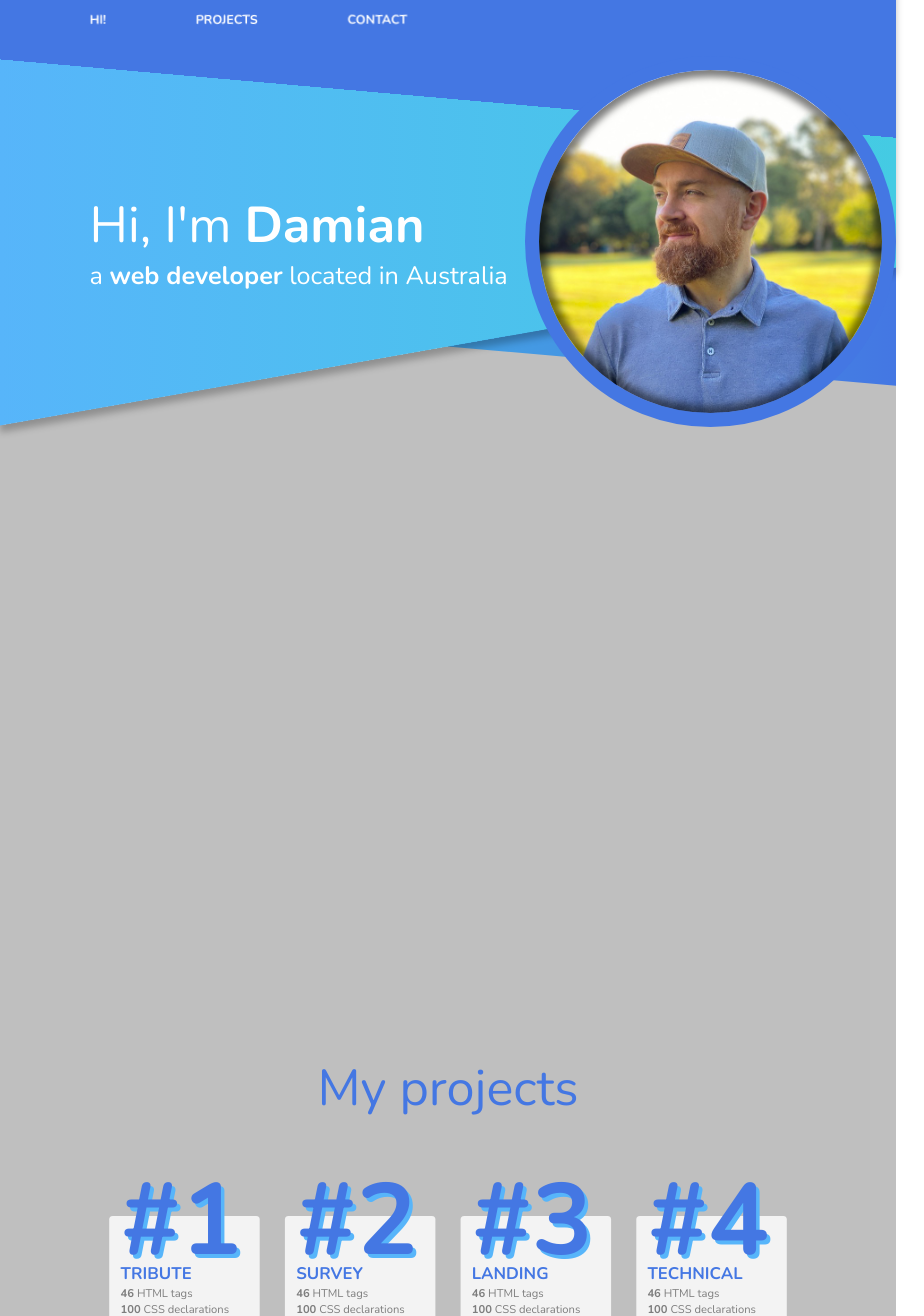
Repository: Colo-Codes/freecodecamp-05-Personal-Portfolio-Webpage
Page: index.html
These files come from the project's save history. The page is drawn as it stood at one moment and after the next save; the edit follows.
The browser window is 1280 px wide. The page is 1320 px wide, so the pictures cover 1320 px, including what lies to the right of the window. The pictures show the part of the page from y = 0 to 1880 px (the page is 2665 px tall), at 70% of full size.

Above is the page before, as saved 2021-06-04 07:07:02.

After the next save:
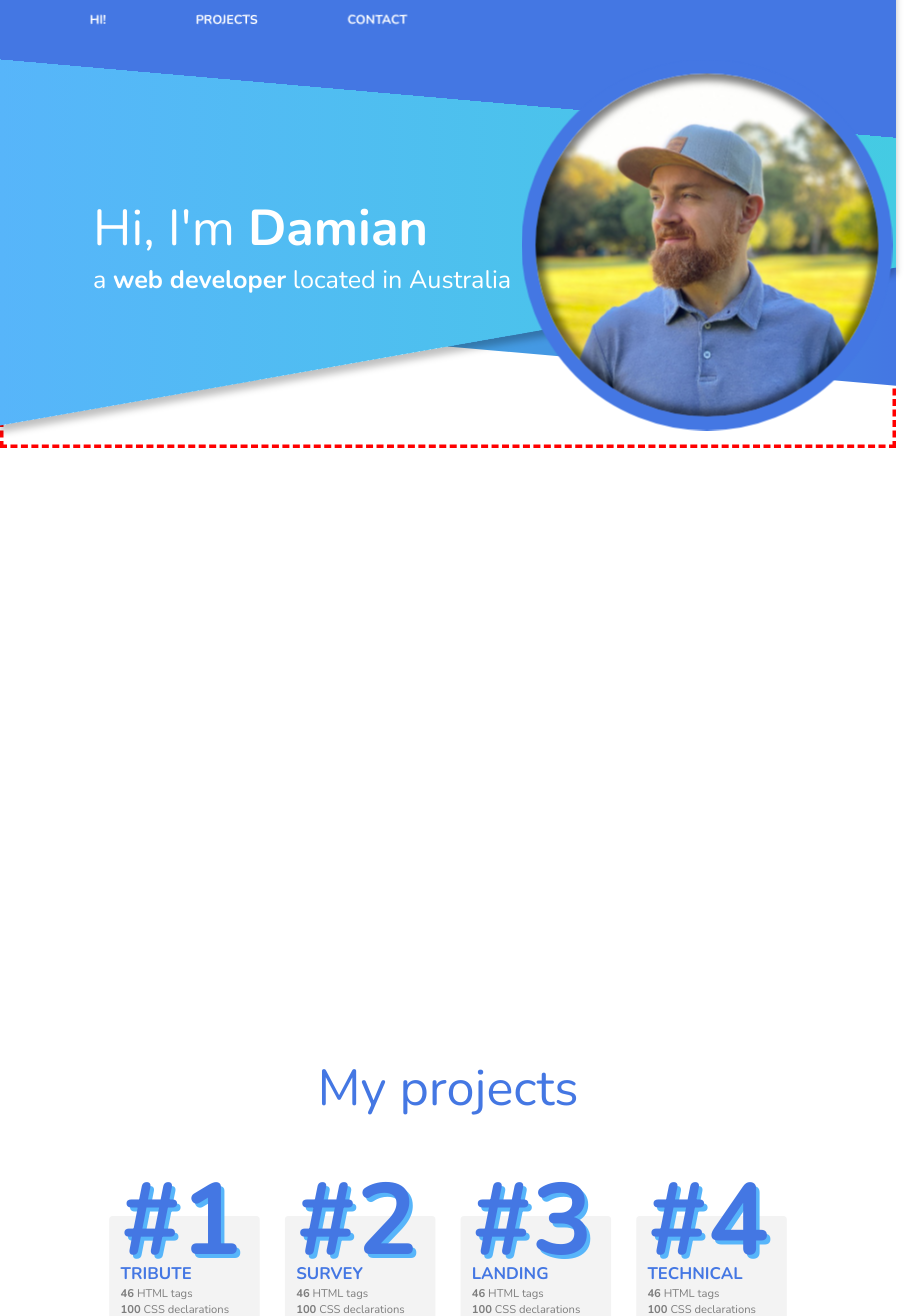
Saved 82 s later.
--- a/css/index.css
+++ b/css/index.css
@@ -62,16 +62,13 @@ a:link {
 
 /* Hero */
 
-#welcome-section {
-    background-color: rgba(0, 0, 0, 0.25);
-}
-
 #welcome-section-container {
     /* 1440px = 90rem */
     max-width: 90rem;
     height: 40rem;
     margin: auto;
     position: relative;
+    border: 5px dashed red;
 }
 
 #hero-text-container h1 {
